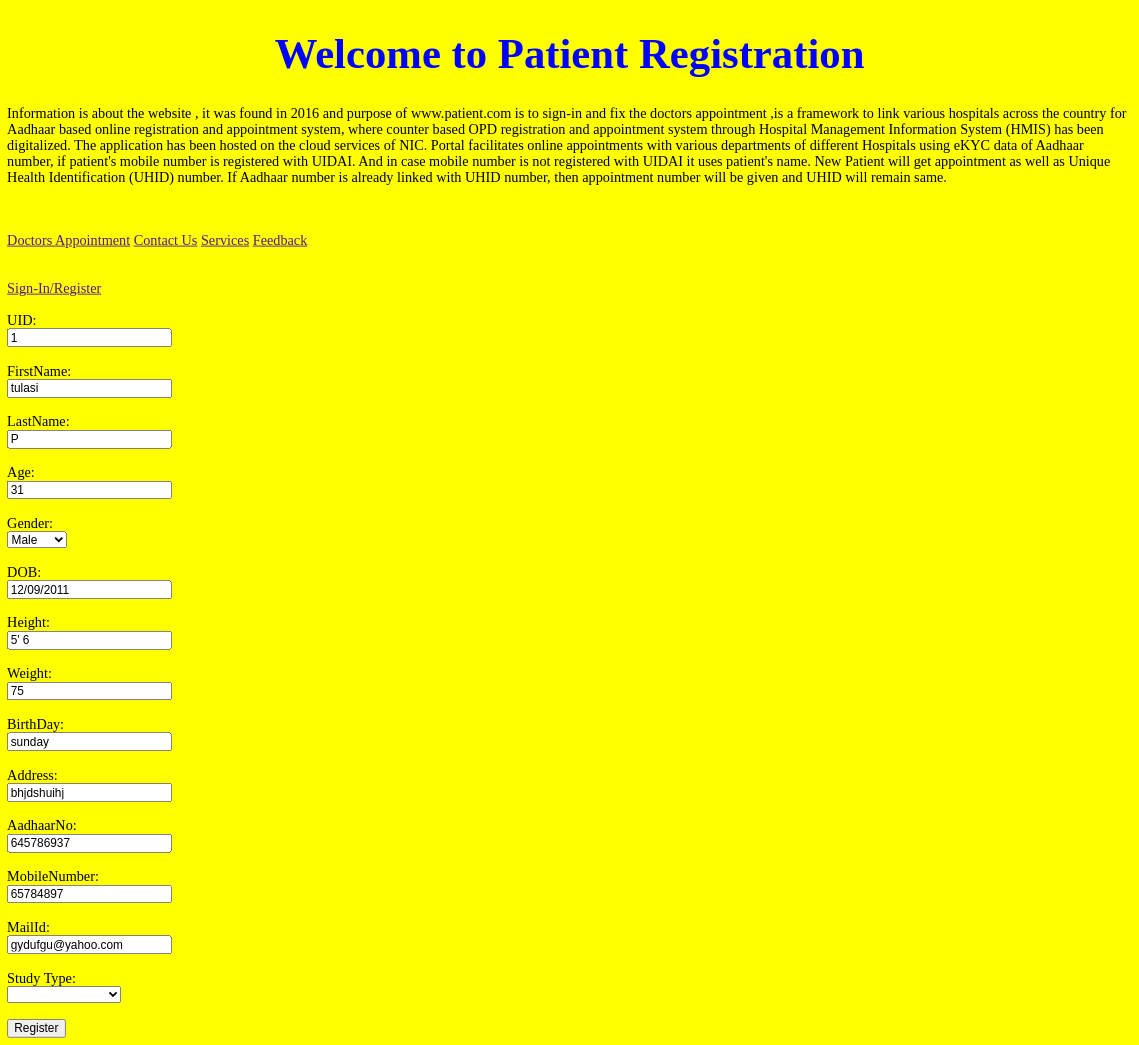
Repository: TulasiP/PE
Page: http://localhost/patientexplorer/
The author's editor kept a copy of each file at every save. The page is drawn from the files as they stood at one save, then again after the next save.
The browser window is 1280 px wide. The pictures show the whole page, at 89% of full size.
The page is served by Tomcat 9. Other server files are loaded and not shown.

Above is the page before, as saved 2016-11-09 04:16:19.

### SourceCode/J2EE/patientexplorer/WebContent/patientdata.jsp
<%@ page language="java" contentType="text/html; charset=ISO-8859-1"
    pageEncoding="ISO-8859-1" %>
<!DOCTYPE html PUBLIC "-//W3C//DTD HTML 4.01 Transitional//EN" "http://www.w3.org/TR/html4/loose.dtd">
<html>
<head>
<meta http-equiv="Content-Type" content="text/html; charset=ISO-8859-1">
<title>patient</title>
	<script type="text/javascript">
		function AlertMessage(result)
		{
			if(result==0)
			{
				alert("UID does not accept zero value");
			}
			if(result==5)
			{
				alert("UID does not accept negative numbers")
			}
			if (result==2)
			{
				alert("UID cannot be more than 9999999999");
			}
			if(result==3)
			{
				alert(" uid data is not filled in required fields");
			}
			if(result==4)
			{
			 	alert("UID accepts only numbers");
			}
			if(result==6)
			{
				alert("firstname data is not filled in required fields");
			}
			if(result==7)
			{
				alert("firstname does not accept numbers & special characters other than space");
			}
			if(result==8)
			{
				alert("Length of the firstname cannot be more than 50 characters");
			}
			if(result==9)
			{
				alert("lastname data is not filled in required fields");
			}
			if(result==10)
			{
				alert("lastname does not accept numbers & special characters other than space");
			}
			if(result==11)
			{
				alert("Length of the lastname cannot be more than 50 characters");
			}
			if(result==12)
			{
				alert("age data is not filled in required fields");
			}
			if(result==13)
			{
				alert("age accepts only numbers");
			}
			if(result==14)
			{
				alert("age does not accept negative numbers");
			}
			if(result==15)
			{
				alert("age does not accept zero value");
			}
			if(result==16)
			{
				alert("age cannot be more than 150");
			}
			if(result==17)
			{
				alert("Gender cannot be given other than Male, Female and Other")
			}
			if(result==18)
			{
				alert("dob data is not filled in required fields");
			}
			if(result==19)
			{
				alert("In dob year should not be less than 1866");
			}
			if(result==20)
			{
				alert("Height data is not correct format");
			}
			if(result==21)
			{
				alert("Weight data is not filled in required fields")
			}
			if(result==22)
			{
				alert("Weight does not accept negative numbers");
			}
			if(result==23)
			{
				alert("Weight does not accept more than 300");
			}
			if(result==24)
			{
				alert("Birthday data is not filled in required fields");
			}
			if(result==25)
			{
				alert("Birthday does not accept numbers & special characters");
			}
			if(result==26)
			{
				alert("Length of the birthday cannot be more than 50 characters");
			}
			if(result==27)
			{
				alert("Address data is not filled in required fields");
			}
			if(result==28)
			{
				alert("Address does not accept any special characters other than #, .(dot) and @");
			}
			if(result==29)
			{
				alert("Aadhaarno data is not filled in required fields");
			}
			if(result==30)
			{
				alert("Aadhaarno accepts only numbers");
			}
			if(result==31)
			{
				alert("Aadhaarno does not accept more than 16digits")
			}
			if(result==32)
			{
				alert("MobileNumber data is not filled in required fields");
			}
			if(result==33)
			{
				alert("MobileNumber accepts only numbers ");
			}
			if(result==34)
			{
				alert("MobileNumber does not accept more than 10digits");
			}
			if(result==35)
			{
				alert("Mailid data is not filled in required fields");
			}
			if(result==36)
			{
				alert("Given mailid is not in correct format");
			}
			if(result==37)
			{
				alert("Studytype cannot be given other than Coronary,Pediatric and Electrophysiology");
			}
			if(result==38)
			{
				alert("registered succesfully")
			}
			if(result==39)
			{
				alert("Given uid value already exists")
			}

		}
	</script>
</head>
<body style="background-color:yellow;" onload="AlertMessage(<%= session.getAttribute("valid") %>)">
<h1 style="color:blue;font-size:300%;text-align:center;"> Welcome to Patient Registration</h1>
<p style="text-align:left;"> Information is about the website , it was found in 2016 and purpose of www.patient.com is to sign-in and fix the doctors appointment ,is a framework to link various hospitals across the country for Aadhaar based online registration and appointment system, where counter based OPD registration and appointment system through Hospital Management Information System (HMIS) has been digitalized. The application has been hosted on the cloud services of NIC. Portal facilitates online appointments with various departments of different Hospitals using eKYC data of Aadhaar number, if patient's mobile number is registered with UIDAI. And in case mobile number is not registered with UIDAI it uses patient's name. New Patient will get appointment as well as Unique Health Identification (UHID) number. If Aadhaar number is already linked with UHID number, then appointment number will be given and UHID will remain same.</p>
<br><br>
<a href="">Doctors Appointment</a>
<a href="">Contact Us</a>
<a href="">Services</a>
<a href="">Feedback</a>
<br><br><br>
<a href="">Sign-In/Register</a>
<br><br>
<form action="patientservlet">
<%
	session.invalidate();
%>
UID:<br><input type="text" name="uid" value=1>
<br><br>
FirstName:<br><input type="text" name="firstname" value="tulasi">
  <br><br>
LastName:<br><input type="text" name="lastname" value=P>
  <br><br>
Age:<br><input type="text" name="age" value=31>
<br><br>
Gender:<br><select name="gender">
  <option value="Male">Male</options>
  <option value="Female">Female</option>
  <option value="Others">Others</option>
  <option value=""></options>
  </select>
  <br><br>
DOB:<br><input type="text" name="dob" value=12/09/2011>
<br><br>
Height:<br><input type="text" name="height" value= "5' 6"" >
<br><br>
Weight:<br><input type="text" name="weight" value=75>
<br><br>
BirthDay:<br><input type="text" name="birthday" value=sunday>
<br><br>
Address:<br><input type="text" name="address" value=bhjdshuihj>
<br><br>
AadhaarNo:<br> <input type="text" name="aadhaarno" value=645786937>
<br><br>
MobileNumber:<br><input type="text" name="mobilenumber" value=65784897>
  <br><br>
MailId:<br><input type="text" name="mailid" value=gydufgu@yahoo.com>
  <br><br>
Study Type:<br>
<select name=studytype>
	<option></options>
	<option>Coronary</options>
	<option>Pediatric</option>
	<option>ElectroPhysiology</option>
</select>
 <br><br>
  <input type="submit" value="Register">
</form>
</body>
</html>

After the next save:
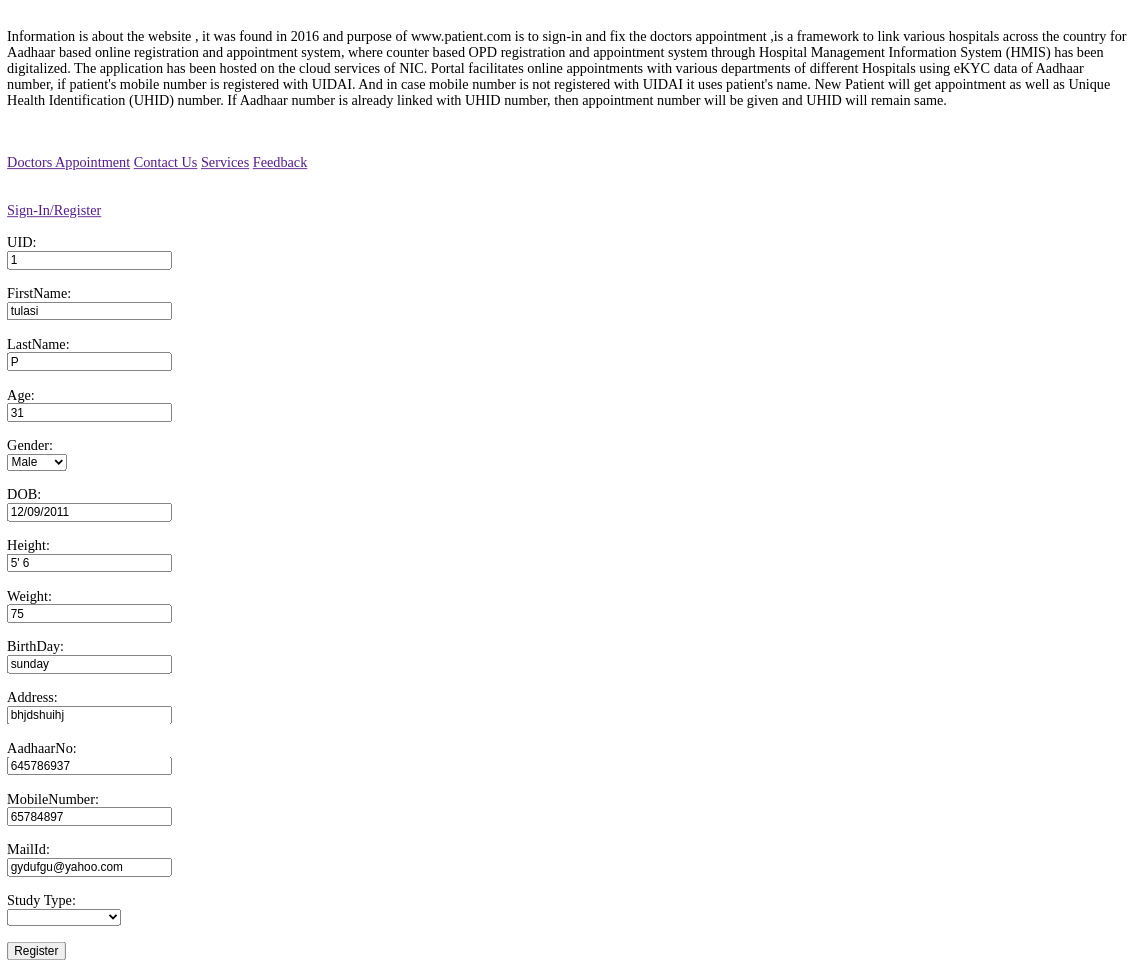
Saved 2 h 20 min later.
--- a/SourceCode/J2EE/patientexplorer/WebContent/patientdata.jsp
+++ b/SourceCode/J2EE/patientexplorer/WebContent/patientdata.jsp
@@ -168,8 +168,8 @@
 		}
 	</script>
 </head>
-<body style="background-color:yellow;" onload="AlertMessage(<%= session.getAttribute("valid") %>)">
-<h1 style="color:blue;font-size:300%;text-align:center;"> Welcome to Patient Registration</h1>
+<body onload="AlertMessage(<%= session.getAttribute("valid") %>)">
+<h1 style="color:blue;font-size:300%;text-align:center;" Welcome to Patient Registration ></h1>
 <p style="text-align:left;"> Information is about the website , it was found in 2016 and purpose of www.patient.com is to sign-in and fix the doctors appointment ,is a framework to link various hospitals across the country for Aadhaar based online registration and appointment system, where counter based OPD registration and appointment system through Hospital Management Information System (HMIS) has been digitalized. The application has been hosted on the cloud services of NIC. Portal facilitates online appointments with various departments of different Hospitals using eKYC data of Aadhaar number, if patient's mobile number is registered with UIDAI. And in case mobile number is not registered with UIDAI it uses patient's name. New Patient will get appointment as well as Unique Health Identification (UHID) number. If Aadhaar number is already linked with UHID number, then appointment number will be given and UHID will remain same.</p>
 <br><br>
 <a href="">Doctors Appointment</a>

After the save that followed:
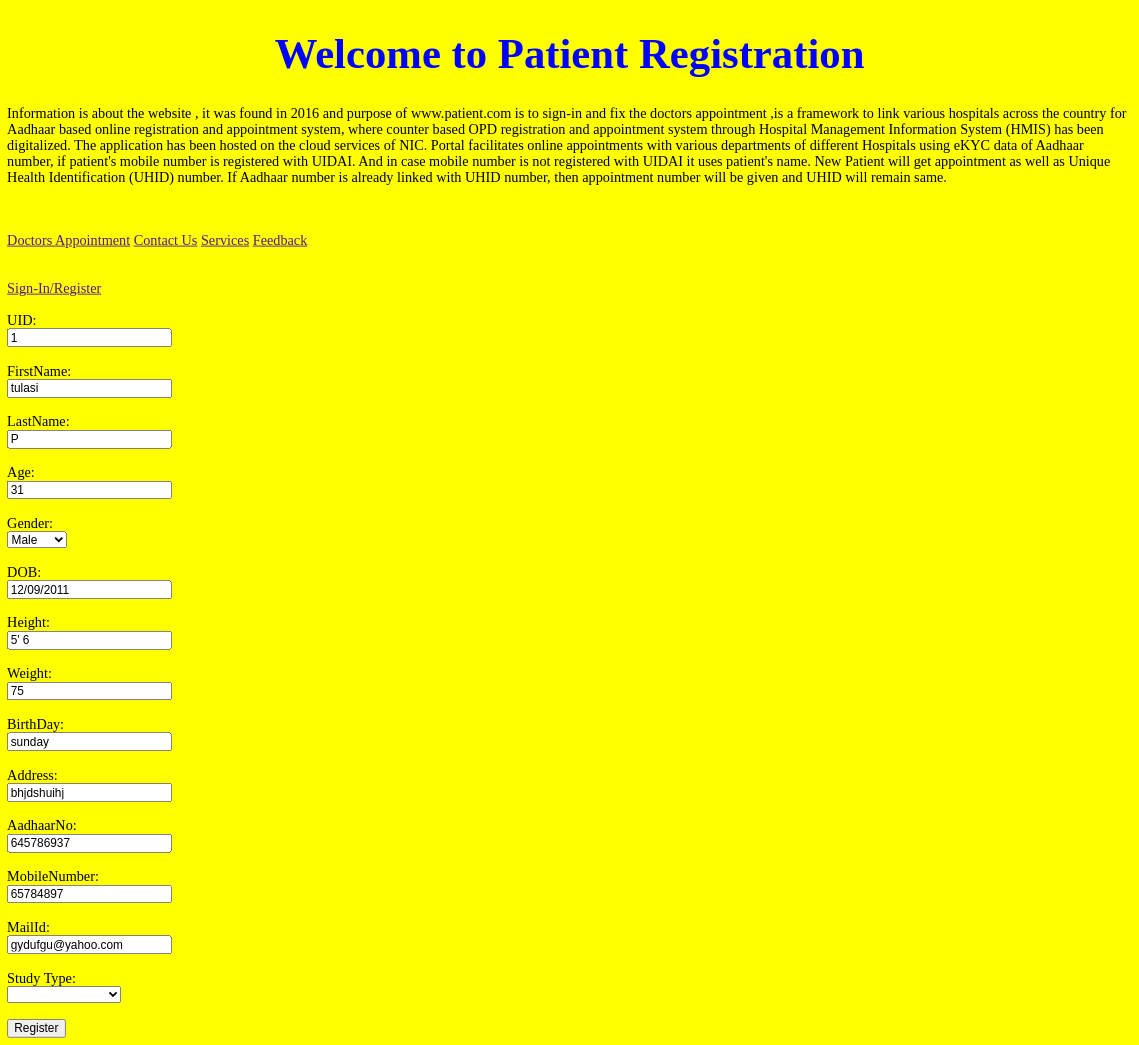
Saved 89 s later.
--- a/SourceCode/J2EE/patientexplorer/WebContent/patientdata.jsp
+++ b/SourceCode/J2EE/patientexplorer/WebContent/patientdata.jsp
@@ -168,8 +168,8 @@
 		}
 	</script>
 </head>
-<body onload="AlertMessage(<%= session.getAttribute("valid") %>)">
-<h1 style="color:blue;font-size:300%;text-align:center;" Welcome to Patient Registration ></h1>
+<body style="background-color:yellow;" onload="AlertMessage(<%= session.getAttribute("valid") %>)">
+<h1 style="color:blue;font-size:300%;text-align:center;"> Welcome to Patient Registration </h1>
 <p style="text-align:left;"> Information is about the website , it was found in 2016 and purpose of www.patient.com is to sign-in and fix the doctors appointment ,is a framework to link various hospitals across the country for Aadhaar based online registration and appointment system, where counter based OPD registration and appointment system through Hospital Management Information System (HMIS) has been digitalized. The application has been hosted on the cloud services of NIC. Portal facilitates online appointments with various departments of different Hospitals using eKYC data of Aadhaar number, if patient's mobile number is registered with UIDAI. And in case mobile number is not registered with UIDAI it uses patient's name. New Patient will get appointment as well as Unique Health Identification (UHID) number. If Aadhaar number is already linked with UHID number, then appointment number will be given and UHID will remain same.</p>
 <br><br>
 <a href="">Doctors Appointment</a>
